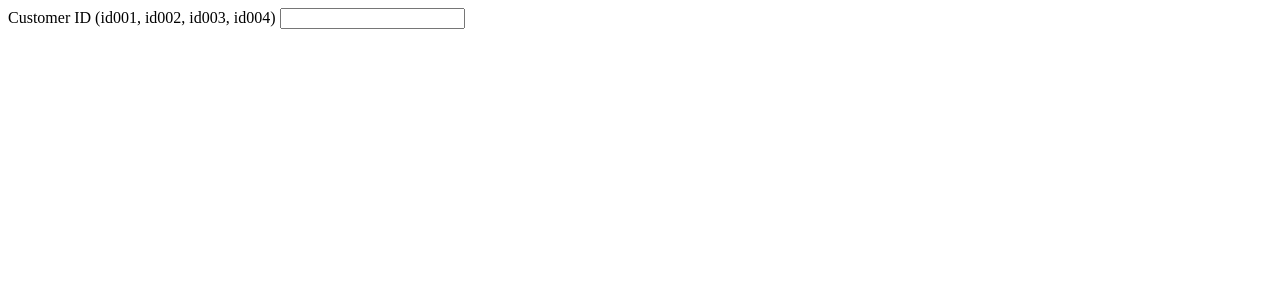
Repository: BinSin/webframework
Page: http://localhost/helloMVC/home?action=login
The author's editor kept a copy of each file at every save. The page is drawn from the files as they stood at one save, then again after the next save.
The browser window is 1280 px wide. The pictures show the whole page.
The page is served by Tomcat 9. Other server files are loaded and not shown.

Above is the page before, as saved 2017-10-29 08:01:41.

### helloMVC/WebContent/view/loginform.jsp
<%@ page language="java" contentType="text/html; charset=UTF-8"
    pageEncoding="UTF-8"%>
<!DOCTYPE html PUBLIC "-//W3C//DTD HTML 4.01 Transitional//EN" "http://www.w3.org/TR/html4/loose.dtd">
<html>
<head>
<meta http-equiv="Content-Type" content="text/html; charset=UTF-8">
<title>Insert title here</title>
</head>
<body>

<form action="/helloMVC/dologin" method="get">
	Customer ID (id001, id002, id003, id004)
	<input type="text" name="customerid" /> <br/>
	<inpit type="submit" value="press" /> <br/>
</form>

</body>
</html>

### helloMVC/src/Controller/Home.java
package Controller;

import java.io.IOException;

import javax.servlet.RequestDispatcher;
import javax.servlet.ServletException;
import javax.servlet.annotation.WebServlet;
import javax.servlet.http.HttpServlet;
import javax.servlet.http.HttpServletRequest;
import javax.servlet.http.HttpServletResponse;

/**
 * Servlet implementation class Home
 */
@WebServlet("/home")
public class Home extends HttpServlet {
	private static final long serialVersionUID = 1L;

    /**
     * @see HttpServlet#HttpServlet()
     */
    public Home() {
        super();
        // TODO Auto-generated constructor stub
    }

	/**
	 * @see HttpServlet#doGet(HttpServletRequest request, HttpServletResponse response)
	 */
	protected void doGet(HttpServletRequest request, HttpServletResponse response) throws ServletException, IOException {

		String action = request.getParameter("action");

		String page = null;

		if(action.equals("login"))
			page = "/view/loginform.jsp";
		else
			page = "/view/help.jsp";

		RequestDispatcher dispatcher = request.getRequestDispatcher(page);
		dispatcher.forward(request, response);
	}

}

After the next save:
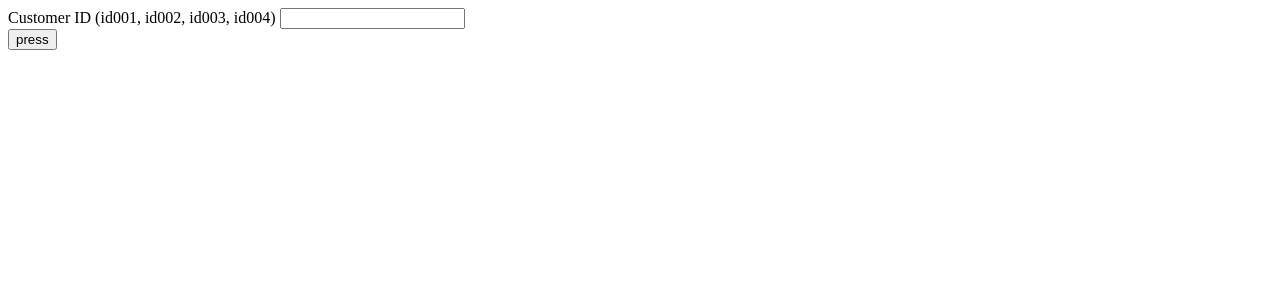
Saved 34 s later.
--- a/helloMVC/WebContent/view/loginform.jsp
+++ b/helloMVC/WebContent/view/loginform.jsp
@@ -11,7 +11,7 @@
 <form action="/helloMVC/dologin" method="get">
 	Customer ID (id001, id002, id003, id004)
 	<input type="text" name="customerid" /> <br/>
-	<inpit type="submit" value="press" /> <br/>
+	<input type="submit" value="press" /> <br/>
 </form>
 
 </body>
